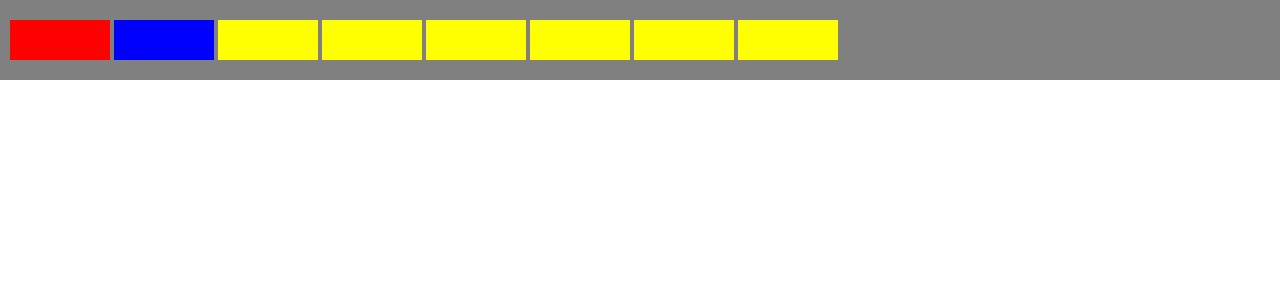
Repository: Bahtiyorovich/javascript-cource
Page: public/classList.html
These files come from the project's save history. The page is drawn as it stood at one moment and after a run of saves; the edit follows.
The browser window is 1280 px wide. The pictures show the whole page.
After loading, the first visible `button.some` was clicked once.

Above is the page before, as saved 2022-12-22 13:04:19.

### public/classList.html
<!DOCTYPE html>
<html lang="ru">
  <head>
    <meta charset="utf-8" />
    <meta http-equiv="X-UA-Compatible" content="IE=edge" />
    <title>JavaScript</title>
    <link rel="stylesheet" href="../styles/classList.css" />
  </head>
  <body>
    <div id="first" class="btn-block">
      <button class="blue some"></button>
      <button></button>
      <button></button>
      <button></button>
      <button></button>
      <button></button>
      <button></button>
      <button></button>
    </div>

    <script src="../src/classList.js"></script>
  </body>
</html>

### styles/classList.css
* {
    margin: 0;
    padding: 0;
    box-sizing: border-box;
  }
  .box {
    position: absolute;
    width: 100px;
    height: 100px;
    background-color: blue;
  }
  .wrapper {
    position: relative;
    width: 400px;
    height: 400px;
    border: 3px solid red;
  }
  .btn-block {
    padding: 10px;
    background-color: grey;
  }
  button {
    margin-bottom: 10px;
    margin-top: 10px;
    width: 100px;
    height: 40px;
    background-color: yellow;
    border: none;
    transition: 0.3s all;
  }

  .blue {
    background-color: blue;
  }

  .red {
    background-color: red;
  }

### src/classList.js
"use strict"

const btns = document.querySelectorAll('button');

/* ClassList - xossasining methodlari:
    1. length - btns[0]  yani ( 0 ) indeksdagi button da nechta class borligini aniqlaydi.
    2. item - btnx[0] yani ( 0 ) indeksdagi buttonda "0" indeksdagi class nomi qaysi ekanligini aniqlaydi.
*/
// console.log(btns[0].classList.length)
// console.log(btns[0].classList.item(0))

btns[1].classList.add('blue', 'some'); // class qo'shish
btns[0].classList.remove('blue'); // classni o'chirish
btns[1].classList.toggle('green'); // agar green clasi bor bo'lsa yo'q qiladi, yo'q bo'lsa green clasini qo'shadi.

if(btns[0].classList.contains('blue')){ // contains - bu metod agar btns[0] da 'blue' bor bo'lsa consolga ma'lumot chiqaradi
    console.log('Welcome To Js');
}

btns[0].addEventListener('click', () => {
    // 1-usul
    // if( !btns[0].classList.contains('red')){
    //     btns[1].classList.add('red');
    // } else {
    //     btns[1].classList.remove('red')
    // }

    // 2-usul qisqa kod
    btns[0].classList.toggle('red');

})


/* Delegatsiya - yangi qo'shilgan elementga joriy metodni tadbiq qilish*/

const wrapper = document.querySelector('.btn-block'),
      buttons = document.querySelectorAll('button')


buttons[0].addEventListener('click', () => {
    buttons[1].classList.toogle
})

After the next 3 saves:
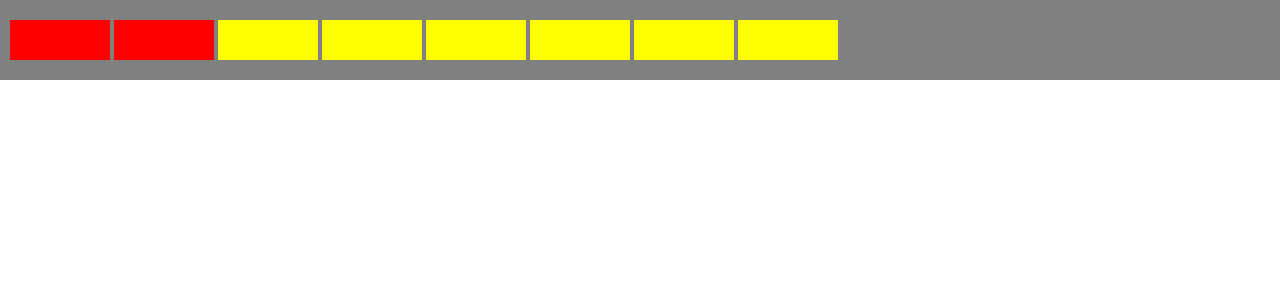
The 3 saves are shown as one change because they came seconds apart.
The last was saved 8 s later.
--- a/src/classList.js
+++ b/src/classList.js
@@ -38,5 +38,5 @@ const wrapper = document.querySelector('.btn-block'),
 
 
 buttons[0].addEventListener('click', () => {
-    buttons[1].classList.toogle
+    buttons[1].classList.toggle('red')
 })
